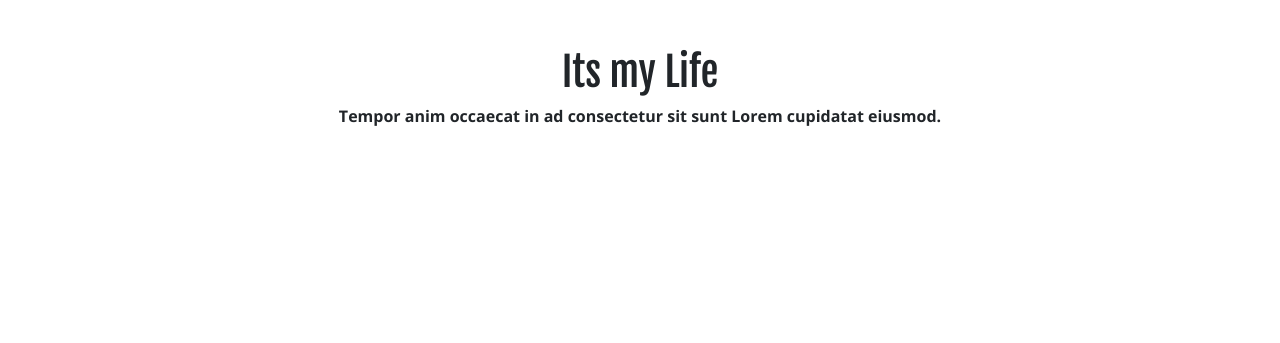
Repository: tanviredu/Data
Page: / (app in 28_vue_with_apis/vue-apis/)
These files come from the project's save history. The page is drawn as it stood at one moment and after the next save; the edit follows.
The browser window is 1280 px wide. The pictures show the whole page.
The project was rebuilt for these pictures with package versions that can differ from the ones it lists, and the page was loaded fresh each time.

Above is the page before, as saved 2020-07-13 08:54:02.

### 28_vue_with_apis/vue-apis/public/index.html
<!DOCTYPE html>
<html lang="en">
  <head>
    <meta charset="utf-8" />
    <meta http-equiv="X-UA-Compatible" content="IE=edge" />
    <meta name="viewport" content="width=device-width,initial-scale=1.0" />
    <link rel="icon" href="<%= BASE_URL %>favicon.ico" />
    <link
      href="https://fonts.googleapis.com/css2?family=Fjalla+One&family=Open+Sans:wght@700&display=swap"
      rel="stylesheet"
    />
    <title><%= htmlWebpackPlugin.options.title %></title>
  </head>
  <body>
    <noscript>
      <strong
        >We're sorry but <%= htmlWebpackPlugin.options.title %> doesn't work
        properly without JavaScript enabled. Please enable it to
        continue.</strong
      >
    </noscript>
    <div id="app"></div>
    <!-- built files will be auto injected -->
  </body>
</html>

### 28_vue_with_apis/vue-apis/src/main.js
import Vue from "vue";
import App from "./App.vue";

Vue.config.productionTip = false;

import "bootstrap";

import "../node_modules/bootstrap/dist/css/bootstrap.css";
import { library } from "@fortawesome/fontawesome-svg-core";
import {
  faPlus,
  faMinus,
  faTrash,
  faCheck,
  faPlay,
  faPause,
} from "@fortawesome/free-solid-svg-icons";
library.add(faPlus, faMinus, faTrash, faCheck, faPlay, faPause);

new Vue({
  render: (h) => h(App),
}).$mount("#app");

### 28_vue_with_apis/vue-apis/src/App.vue
<template>
  <div id="app" class="container">
    <current-song :song="currentSong" />
  </div>
</template>

<script>
//import { FontAwesomeIcon } from "@fortawesome/vue-fontawesome";
import currentSong from "./components/CurrentSong";

export default {
  name: "App",
  data() {
    return {
      currentSong: {
        name: "Its my Life",
        description:
          "Tempor anim occaecat in ad consectetur sit sunt Lorem cupidatat eiusmod."
      }
    };
  },
  components: {
    //FontAwesomeIcon,
    currentSong
  }
};
</script>

<style>
</style>

### 28_vue_with_apis/vue-apis/src/components/CurrentSong.vue
<template>
  <div>
    <div class="currentsong sticky-top">
      <div class="currentsong-background position-relative">
        <div class="currentsong-backgroundimage position-absolute"></div>
        <div class="song-info d-flex justify-content-center align-items-center py-5">
          <div class="item container">
            <div class="row justify-content-center">
              <div class="song col-md-8 text-center">
                <h1 class="song-name" style="font-family: 'Fjalla One'">{{song.name}}</h1>
              </div>
              <div class="song col-md-12 text-center">
                <div
                  class="song-description px-2"
                  style="font-family: 'Open Sans', sans-serif;"
                >{{song.description}}</div>
              </div>
            </div>
          </div>
        </div>
      </div>
    </div>
  </div>
</template>

<script>
export default {
  name: "current-song",
  props: ["song"]
};
</script>

<style scoped>
</style>

After the next save:
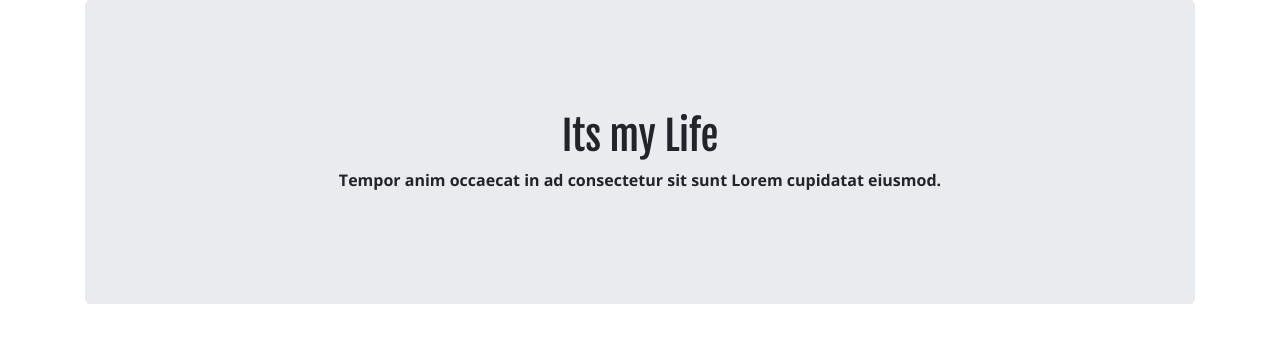
Saved 66 s later.
--- a/28_vue_with_apis/vue-apis/src/components/CurrentSong.vue
+++ b/28_vue_with_apis/vue-apis/src/components/CurrentSong.vue
@@ -1,6 +1,6 @@
 <template>
   <div>
-    <div class="currentsong sticky-top">
+    <div class="currentsong sticky-top jumbotron">
       <div class="currentsong-background position-relative">
         <div class="currentsong-backgroundimage position-absolute"></div>
         <div class="song-info d-flex justify-content-center align-items-center py-5">
